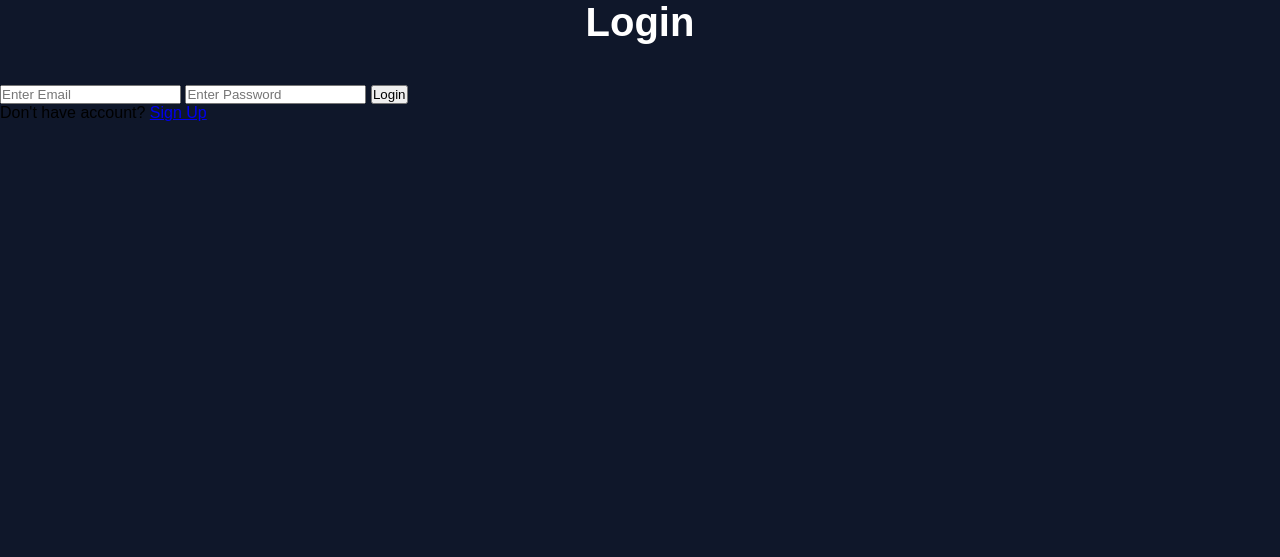
Repository: Dinesh-Codebais/movie-tracker
Page: login.html
An editor plug-in stored every save of this project. The page is shown before and after a run of saves, followed by the edit.
The browser window is 1280 px wide. The pictures show the whole page.

Above is the page before, as saved 2026-06-19 09:59:30.
Console error: TypeError: Cannot read properties of null (reading 'addEventListener')

### login.html
<!DOCTYPE html>
<html>
<head>
    <title>Login</title>
    <link rel="stylesheet" href="style.css">
</head>
<body>

    <div class="form-box">
        <h2>Login</h2>

        <input type="email" id="loginEmail" placeholder="Enter Email">
        <input type="password" id="loginPassword" placeholder="Enter Password">

        <button onclick="login()">Login</button>

        <p>Don't have account?
            <a href="signup.html">Sign Up</a>
        </p>
    </div>

    <script src="script.js"></script>
</body>
</html>

### style.css
/* RESET */
*{
    margin:0;
    padding:0;
    box-sizing:border-box;
}

/* BODY */
body{
    background:#0f172a;
    font-family:Arial, sans-serif;
}

/* NAVBAR */
.navbar{
    display:flex;
    justify-content:space-between;
    align-items:center;
    padding:20px 8%;
    background:#111827;

    position:sticky;
    top:0;
    z-index:1000;
}

.logo img {
    height:100px;
    width:auto;
    cursor:pointer;
}

/* LINKS */
.nav-links{
    display:flex;
    list-style:none;
    gap:25px;
}

.nav-links a{
    color:white;
    text-decoration:none;
    padding:8px 15px;
    border-radius:8px;
    transition:0.3s;
}

.nav-links a:hover{
    background:#e50914;
    color:white;
}

/* HERO */
.hero{
    height:90vh;
    display:flex;
    justify-content:center;
    align-items:center;
    text-align:center;
    background:
    linear-gradient(rgba(0,0,0,0.6),rgba(0,0,0,0.7)),
    url("https://images.unsplash.com/photo-1489599849927-2ee91cede3ba");
    background-size:cover;
    background-position:center;
}

.hero-content{
    max-width:700px;
    color:white;
}

.hero-content h1{
    font-size:60px;
}

.hero-content p{
    font-size:20px;
    color:#d1d5db;
    margin:20px 0;
}

/* BUTTON */
.btn{
    display:inline-block;
    padding:15px 35px;
    background:#e50914;
    color:white;
    text-decoration:none;
    border-radius:8px;
    transition:0.3s;
}

.btn:hover{
    transform:translateY(-3px);
}

/* SECTIONS */
.trending,
.features,
.categories,
.stats,
.testimonials,
.newsletter{
    padding:80px 10%;
}

/* TITLES */
h2{
    text-align:center;
    color:white;
    font-size:40px;
    margin-bottom:40px;
}

/* GRID SYSTEM */
.movie-grid,
.feature-grid,
.category-grid,
.stats-grid,
.testimonial-grid{
    display:grid;
    gap:30px;
}

/* MOVIE CARDS */
.movie-grid{
    grid-template-columns:repeat(auto-fit,minmax(250px,1fr));
}

.movie-card img{
    width:100%;
    height:350px;
    object-fit:cover;
    display:block;
}

.movie-card h3{
    color:white;
    margin-top:15px;
}

.movie-card p{
    color:#facc15;
    margin:10px 0 20px;
}

.movie-card:hover{
    transform:translateY(-10px) scale(1.03);
}

/* FEATURE */
.feature-grid{
    grid-template-columns:repeat(auto-fit,minmax(250px,1fr));
}

.feature-card,
.category-card,
.stat-card,
.testimonial-card{
    background:#1f2937;
    padding:30px;
    border-radius:15px;
    color:white;
    text-align:center;
    transition:0.3s;
}

/* CATEGORY */
.category-grid{
    grid-template-columns:repeat(auto-fit,minmax(180px,1fr));
}

.category-card:hover{
    background:#e50914;
    transform:scale(1.05);
}

/* STATS */
.stats-grid{
    grid-template-columns:repeat(auto-fit,minmax(200px,1fr));
}

.stat-card h3{
    color:#e50914;
    font-size:40px;
}

/* TESTIMONIAL */
.testimonial-grid{
    grid-template-columns:repeat(auto-fit,minmax(280px,1fr));
}

/* NEWSLETTER */
.newsletter-form input{
    padding:15px;
    width:300px;
    border:none;
    border-radius:8px;
}

.newsletter-form button{
    padding:15px 25px;
    background:#e50914;
    color:white;
    border:none;
    border-radius:8px;
}

/* CTA */
.cta{
    padding:100px 10%;
    text-align:center;
    background:linear-gradient(135deg,#e50914,#ff3b3b);
}

.cta h2{
    color:white;
    font-size:45px;
}

.cta-btn{
    display:inline-block;
    padding:15px 35px;
    background:white;
    color:#e50914;
    border-radius:10px;
    font-weight:bold;
}

/* FOOTER */
.footer{
    background:#111827;
    padding:60px 20px;
    text-align:center;
    color:white;
}

/* RESPONSIVE */
@media(max-width:768px){
    .navbar{
        flex-direction:column;
    }

    .nav-links{
        flex-direction:column;
        margin-top:15px;
    }

    .hero-content h1{
        font-size:35px;
    }
}

/* SMOOTH SCROLL */
html{
    scroll-behavior:smooth;
}
@keyframes fadeUp {
    from{
        opacity: 0;
        transform: translateY(30px);
    }
    to{
        opacity: 1;
        transform: translateY(0);
    }
}
.watch-btn{
    margin-bottom:20px;
    padding:10px 20px;
    border:none;
    border-radius:5px;
    background:#e50914;
    color:white;
    cursor:pointer;
}

.watch-btn:hover{
    opacity:0.8;
}

.slider-section{
    text-align:center;
    padding:60px 10%;
}

#slider-img{
    width:300px;
    height:450px;
    object-fit:cover;
    border-radius:15px;
}
.watchlist{
    padding:80px 10%;
    margin-top:50px;
    background:#111827;
    text-align:center;
}

.watchlist h2{
    color:white;
    font-size:40px;
    margin-bottom:20px;
}

.watchlist p{
    color:#d1d5db;
}
.dark {
    background: #0f172a;
    color: white;
}

.light {
    background: white;
    color: black;
}
body.dark {
    background: #111;
    color: white;
}

body.dark .navbar {
    background: #000;
}

body.dark .movie-card {
    background: #1e1e1e;
    color: white;
}

body.dark .feature-card,
body.dark .stat-card {
    background: #222;
}

.nav-links a.active {
    color: #ff3c78;
    font-weight: bold;
    border-bottom: 2px solid #ff3c78;
}
/* =========================
   MOVIE CARD UPGRADE
========================= */

.movie-card{
    background:#1f2937;
    padding:15px;
    border-radius:15px;
    transition:0.3s;
}

.movie-card:hover{
    transform:translateY(-10px) scale(1.03);
}

/* =========================
   WATCHLIST
========================= */

#watchlistMovies{
    list-style:none;
    padding:0;
    margin-top:20px;
}

#watchlistMovies li{
    background:#1f2937;
    color:white;
    padding:12px;
    margin:10px auto;
    width:300px;
    border-radius:10px;
    font-weight:bold;
    box-shadow:0 0 10px rgba(0,0,0,0.3);
}

/* =========================
   SLIDER
========================= */

#slider-img{
    width:300px;
    height:450px;
    object-fit:cover;
    border-radius:15px;
    box-shadow:0 0 25px rgba(229,9,20,0.5);
    transition:0.5s;
}

/* =========================
   DARK MODE
========================= */

body.dark{
    background:#111;
    color:white;
}

body.dark .navbar{
    background:#000;
}

body.dark .movie-card{
    background:#222;
}

body.dark .feature-card,
body.dark .category-card,
body.dark .stat-card,
body.dark .testimonial-card{
    background:#222;
}

body.dark .watchlist{
    background:#000;
}

body.dark #watchlistMovies li{
    background:#333;
    color:white;
}

body.dark .footer{
    background:#000;
}

/* =========================
   ACTIVE NAVBAR
========================= */

.nav-links a.active{
    background:#e50914;
    color:white;
}

### script.js
console.log("JS Connected");

// =========================
// MOVIE DATA
// =========================

const movieData = [
    {
        title: "Interstellar",
        rating: 8.7
    },
    {
        title: "Oppenheimer",
        rating: 8.5
    },
    {
        title: "Avatar",
        rating: 8.1
    }
];

console.log("Movie Tracker JS Connected!");
console.log(movieData);

console.log(movieData[0].title);
console.log(movieData[1].rating);

movieData.forEach(function(movie){
    console.log(movie.title);
});


// =========================
// SEARCH
// =========================

const searchInput = document.getElementById("searchInput");
const movies = document.querySelectorAll(".movie-card");

searchInput.addEventListener("keyup", function () {

    const value = searchInput.value.toLowerCase();

    movies.forEach(function (movie) {

        const movieName = movie
            .querySelector("h3")
            .textContent
            .toLowerCase();

        if (movieName.includes(value)) {
            movie.style.display = "block";
        } else {
            movie.style.display = "none";
        }

    });

});


// =========================
// IMAGE SLIDER
// =========================

const sliderImage = document.getElementById("slider-img");

if (sliderImage) {

    const images = [
        "images/movie1.jpg",
        "images/movie2.jpg",
        "images/movie3.jpg"
    ];

    let currentIndex = 0;

    setInterval(function () {

        currentIndex++;

        if (currentIndex >= images.length) {
            currentIndex = 0;
        }

        sliderImage.src = images[currentIndex];

    }, 3000);
}


// =========================
// WATCHLIST
// =========================

let savedMovies =
    JSON.parse(localStorage.getItem("watchlist")) || [];

const watchButtons =
    document.querySelectorAll(".watch-btn");

const watchList =
    document.getElementById("watchlistMovies");

const watchCount =
    document.getElementById("watchCount");

function renderWatchlist() {

    if (!watchList) return;

    watchList.innerHTML = "";

    savedMovies.forEach(function (movie, index) {

        const li = document.createElement("li");

        li.innerHTML = `
            ${movie}
            <button onclick="removeMovie(${index})">
                ❌
            </button>
        `;

        watchList.appendChild(li);

    });

    if (watchCount) {
        watchCount.textContent = savedMovies.length;
    }
}

function removeMovie(index) {

    savedMovies.splice(index, 1);

    localStorage.setItem(
        "watchlist",
        JSON.stringify(savedMovies)
    );

    renderWatchlist();
}

renderWatchlist();

watchButtons.forEach(function (button) {

    button.addEventListener("click", function () {

        const movieCard =
            button.parentElement;

        const movieName =
            movieCard.querySelector("h3")
            .textContent;

        if (!savedMovies.includes(movieName)) {

            savedMovies.push(movieName);

            localStorage.setItem(
                "watchlist",
                JSON.stringify(savedMovies)
            );

            renderWatchlist();

            alert(movieName + " added to Watchlist!");
        }
        else {

            alert("Movie already added!");
        }

    });

});


// =========================
// DARK MODE
// =========================

const darkModeBtn =
    document.getElementById("darkModeBtn");

if (darkModeBtn) {

    darkModeBtn.addEventListener(
        "click",
        function () {

            document.body.classList.toggle("dark");

        }
    );
}


// =========================
// TOTAL MOVIES COUNTER
// =========================

const totalMovies =
    document.getElementById("totalMovies");

if (totalMovies) {

    totalMovies.textContent =
        movies.length;
}

// SIGNUP

function signup() {

    let name = document.getElementById("signupName").value;
    let email = document.getElementById("signupEmail").value;
    let password = document.getElementById("signupPassword").value;

    localStorage.setItem("name", name);
    localStorage.setItem("email", email);
    localStorage.setItem("password", password);

    alert("Signup Successful!");

    window.location.href = "login.html";
}


// LOGIN

function login() {

    let email = document.getElementById("loginEmail").value;
    let password = document.getElementById("loginPassword").value;

    let savedEmail = localStorage.getItem("email");
    let savedPassword = localStorage.getItem("password");

    if(email === savedEmail && password === savedPassword){

        alert("Login Successful!");

        window.location.href = "index.html";

    } else {

        alert("Wrong Email or Password");

    }
}

After the next 2 saves:
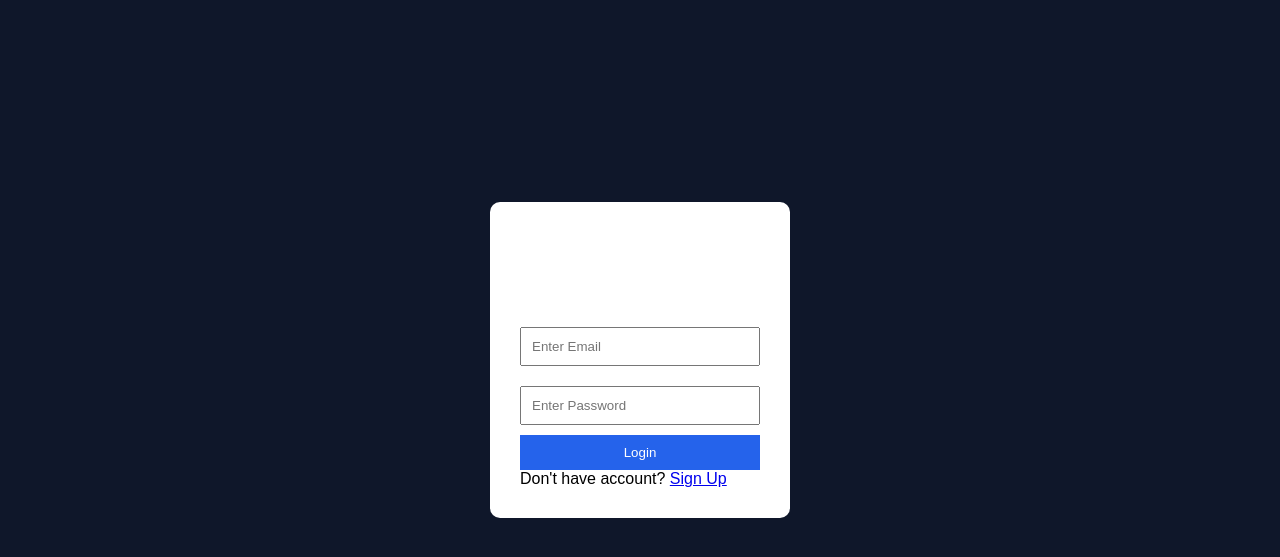
The 2 saves are shown as one change because they came seconds apart.
The last was saved 27 s later.
--- a/style.css
+++ b/style.css
@@ -433,3 +433,34 @@
     background:#e50914;
     color:white;
 }
+
+body{
+    font-family: Arial, sans-serif;
+    background:#0f172a;
+    display:flex;
+    justify-content:center;
+    align-items:center;
+    height:100vh;
+}
+
+.form-box{
+    background:white;
+    padding:30px;
+    width:300px;
+    border-radius:10px;
+}
+
+input{
+    width:100%;
+    padding:10px;
+    margin:10px 0;
+}
+
+button{
+    width:100%;
+    padding:10px;
+    background:#2563eb;
+    color:white;
+    border:none;
+    cursor:pointer;
+}
